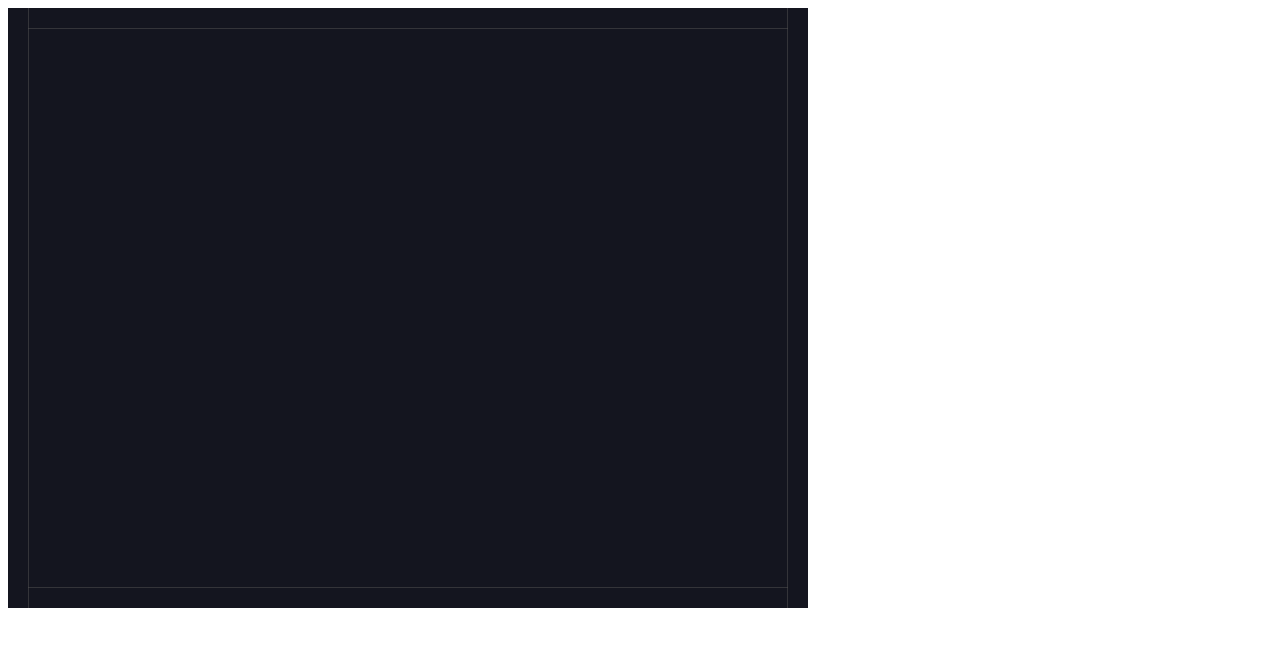
Repository: zhapar/JS-Bootcamp
Page: 3. Maze/index.html
An editor plug-in stored every save of this project. The page is shown before and after the next save, followed by the edit.
The browser window is 1280 px wide. The pictures show the whole page.
Some web libraries are served in a nearby version.

Above is the page before, as saved 2020-07-13 17:46:00.

### 3. Maze/index.html
<!DOCTYPE html>
<html lang="en">

<head>
  <meta charset="UTF-8">
  <meta name="viewport" content="width=device-width, initial-scale=1.0">
  <script src="https://cdnjs.cloudflare.com/ajax/libs/matter-js/0.14.2/matter.min.js"
    integrity="sha512-pi0tSRZdlNRZeANPwdAIHRAYg6gZZV6QlAiyHXn5TYqLzBKE9jlttO/QgYLMhISD6oNv2kPsVelx+n5nw0FqKA=="
    crossorigin="anonymous"></script>
  <title>Maze</title>
</head>

<body>


  <script src="app.js"></script>
</body>

</html>

### 3. Maze/app.js
const {
  Engine,
  Render,
  Runner,
  World,
  Bodies,
  // Mouse, *For  mouse*
  // MouseConstraint,
} = Matter;

const width = 800;
const height = 600;

const engine = Engine.create();
const { world } = engine;
const render = Render.create({
  element: document.body,
  engine: engine,
  options: {
    wireframes: false,
    width,
    height,
  },
});

Render.run(render);
Runner.run(Runner.create(), engine);

//  ** To move shapes with mouse **
// World.add(
//   world,
//   MouseConstraint.create(engine, {
//     mouse: Mouse.create(render.canvas),
//   })
// );

// Walls
const walls = [
  Bodies.rectangle(400, 0, 800, 40, { isStatic: true }),
  Bodies.rectangle(400, 600, 800, 40, { isStatic: true }),
  Bodies.rectangle(0, 300, 40, 600, { isStatic: true }),
  Bodies.rectangle(800, 300, 40, 600, { isStatic: true }),
];
World.add(world, walls);

// To create a random shapes
// for (let i = 0; i < 50; i++) {
//   if (Math.random() > 0.5) {
//     World.add(
//       world,
//       Bodies.rectangle(Math.random() * width, Math.random() * height, 50, 50)
//     );
//   } else {
//     World.add(
//       world,
//       Bodies.circle(Math.random() * width, Math.random() * height, 35, {
//         render: {
//           fillStyle: "red",
//         },
//       })
//     );
//   }
// }

After the next save:
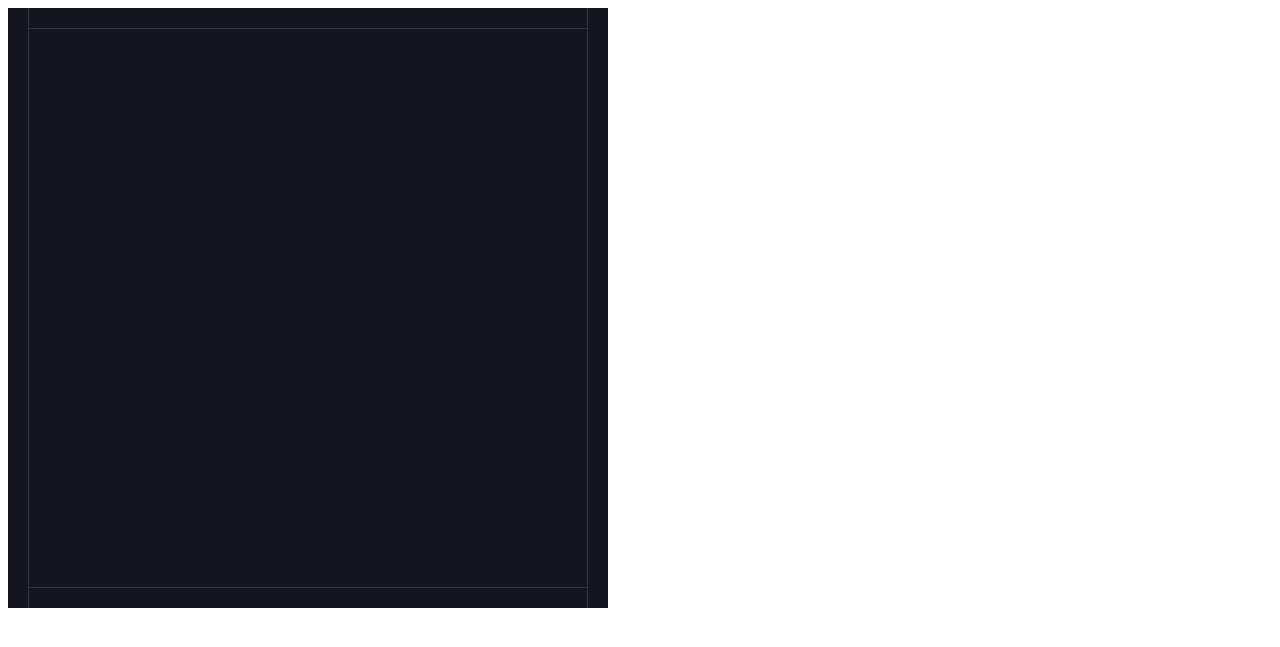
Saved 60 s later.
--- a/3. Maze/app.js
+++ b/3. Maze/app.js
@@ -8,7 +8,7 @@ const {
   // MouseConstraint,
 } = Matter;
 
-const width = 800;
+const width = 600;
 const height = 600;
 
 const engine = Engine.create();
@@ -36,10 +36,10 @@ Runner.run(Runner.create(), engine);
 
 // Walls
 const walls = [
-  Bodies.rectangle(400, 0, 800, 40, { isStatic: true }),
-  Bodies.rectangle(400, 600, 800, 40, { isStatic: true }),
-  Bodies.rectangle(0, 300, 40, 600, { isStatic: true }),
-  Bodies.rectangle(800, 300, 40, 600, { isStatic: true }),
+  Bodies.rectangle(width / 2, 0, width, 40, { isStatic: true }),
+  Bodies.rectangle(width / 2, height, width, 40, { isStatic: true }),
+  Bodies.rectangle(0, height / 2, 40, height, { isStatic: true }),
+  Bodies.rectangle(width, height / 2, 40, height, { isStatic: true }),
 ];
 World.add(world, walls);
 
